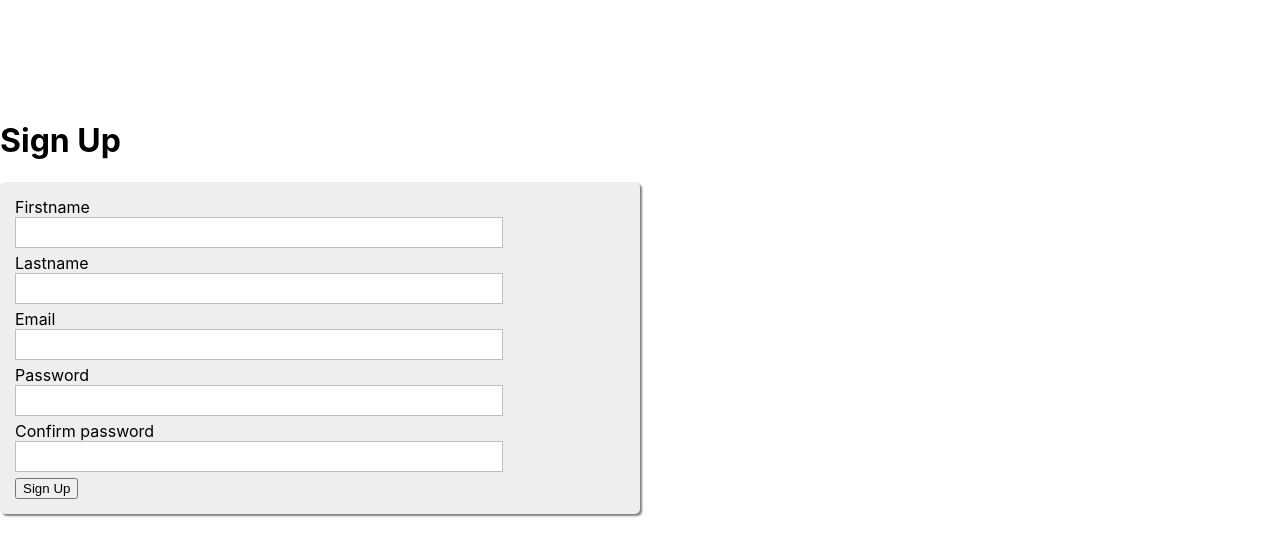
Repository: khamraeva/JSP-homework1-sighup
Page: /
These files come from the project's save history. The page is drawn as it stood at one moment and after the next save; the edit follows.
The browser window is 1280 px wide. The pictures show the whole page.
The project was rebuilt for these pictures with package versions that can differ from the ones it lists, and the page was loaded fresh each time.

Above is the page before, as saved 2020-07-22 16:44:25.

After the next save:
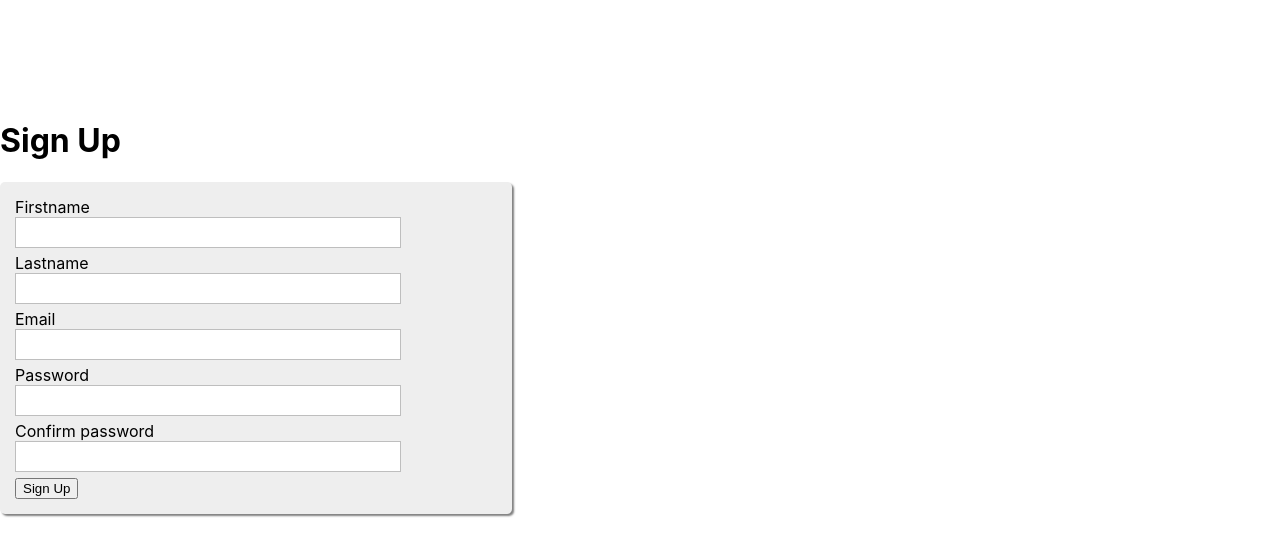
Saved 4 s later.
--- a/src/Components/SignUp/SignUp.css
+++ b/src/Components/SignUp/SignUp.css
@@ -4,7 +4,7 @@
     flex-direction: column;
     padding-top: 100px;
     flex-grow: 1;
-    width: 50%;
+    width: 40%;
 }
 
 .signup-form {
